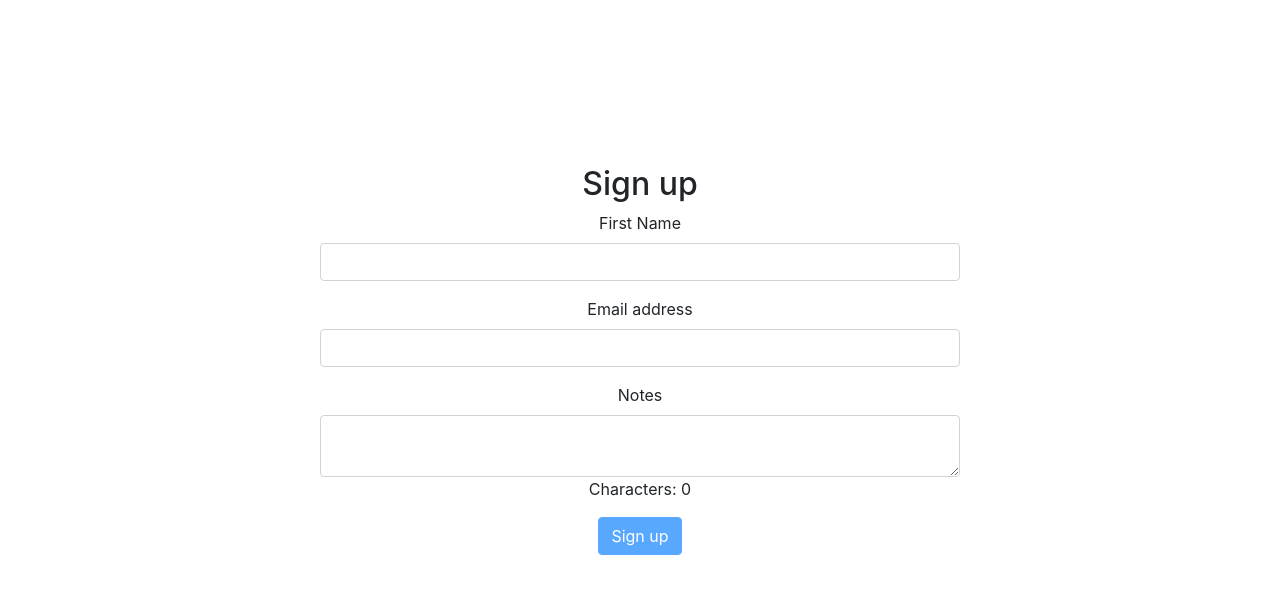
Repository: jklodge/react-form
Page: / (app in adzuna-form/)
An editor plug-in stored every save of this project. The page is shown before and after the next save, followed by the edit.
The browser window is 1280 px wide. The pictures show the whole page.
The project was rebuilt for these pictures with package versions that can differ from the ones it lists, and the page was loaded fresh each time. Also part of the build but not shown: adzuna-form/src/Components/SuccessPage.js.

Above is the page before, as saved 2020-01-09 13:49:36.

After the next save:
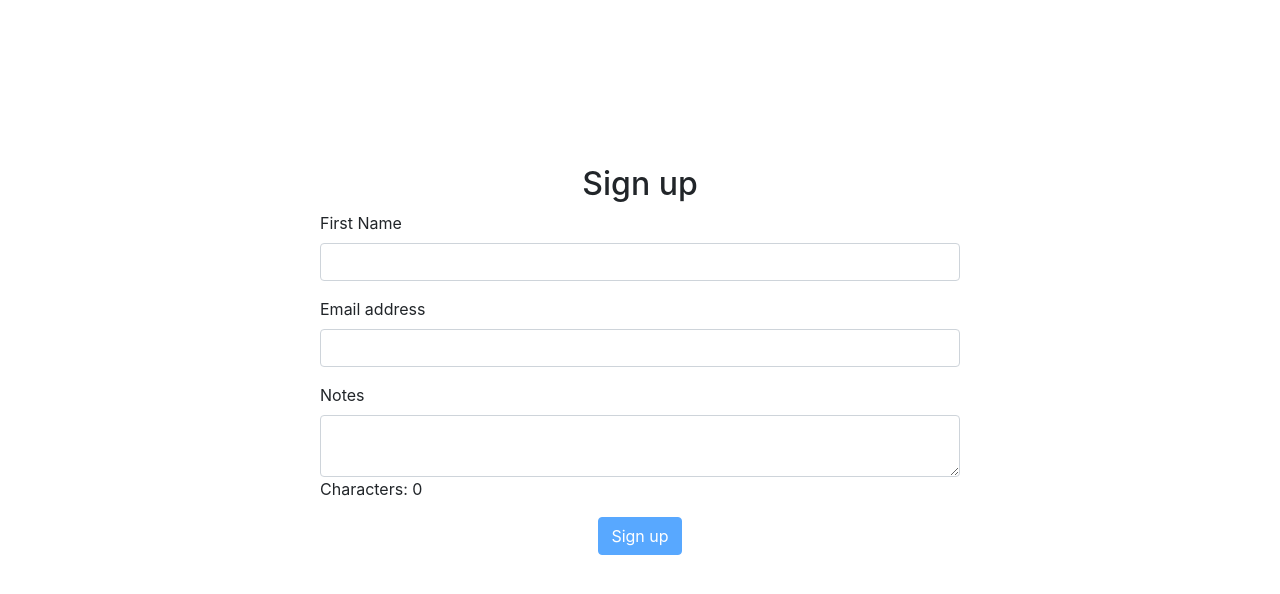
Saved 39 s later.
--- a/adzuna-form/src/Components/Form.scss
+++ b/adzuna-form/src/Components/Form.scss
@@ -9,6 +9,9 @@
     width: 50%;
   }
 
+  .form-group {
+    text-align: left;
+  }
   .form {
     margin: 20px;
   }
